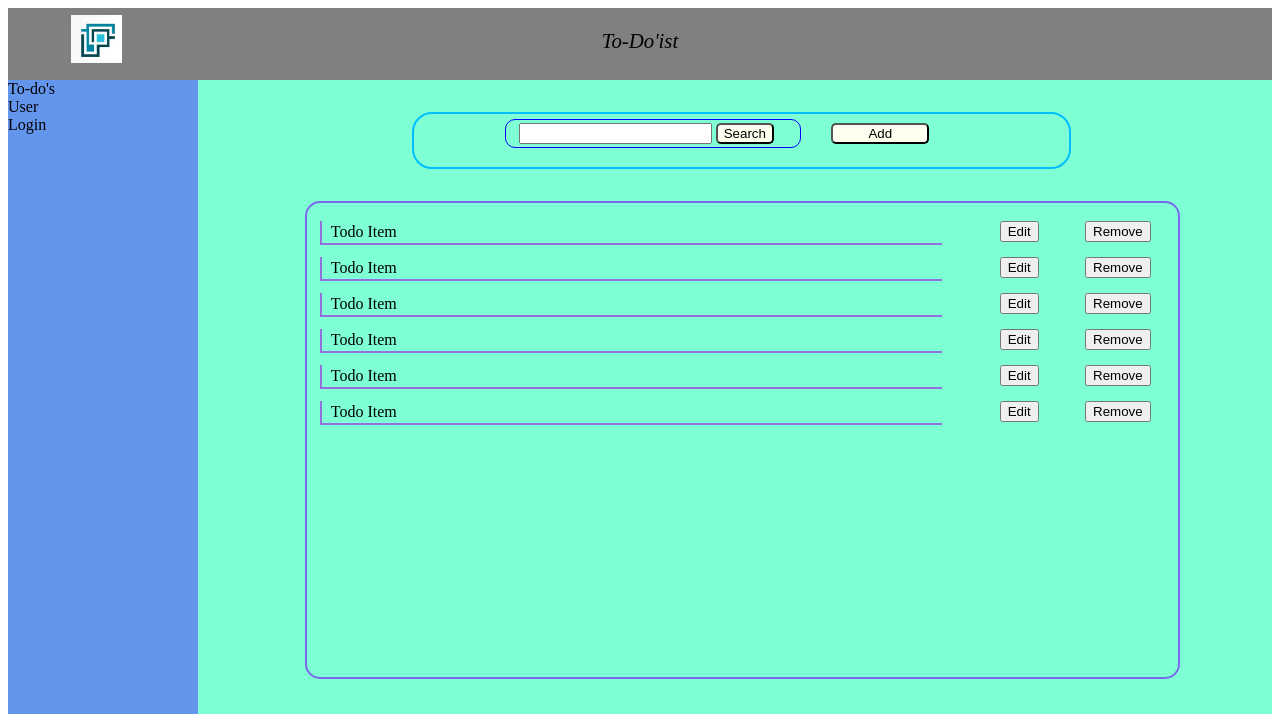
Repository: tavisca-pkadam/Todo-Website
Page: home.html
These files come from the project's save history. The page is drawn as it stood at one moment and after the next save; the edit follows.
The browser window is 1280 px wide. The pictures show the whole page.

Above is the page before, as saved 2019-08-20 08:36:36.

After the next save:
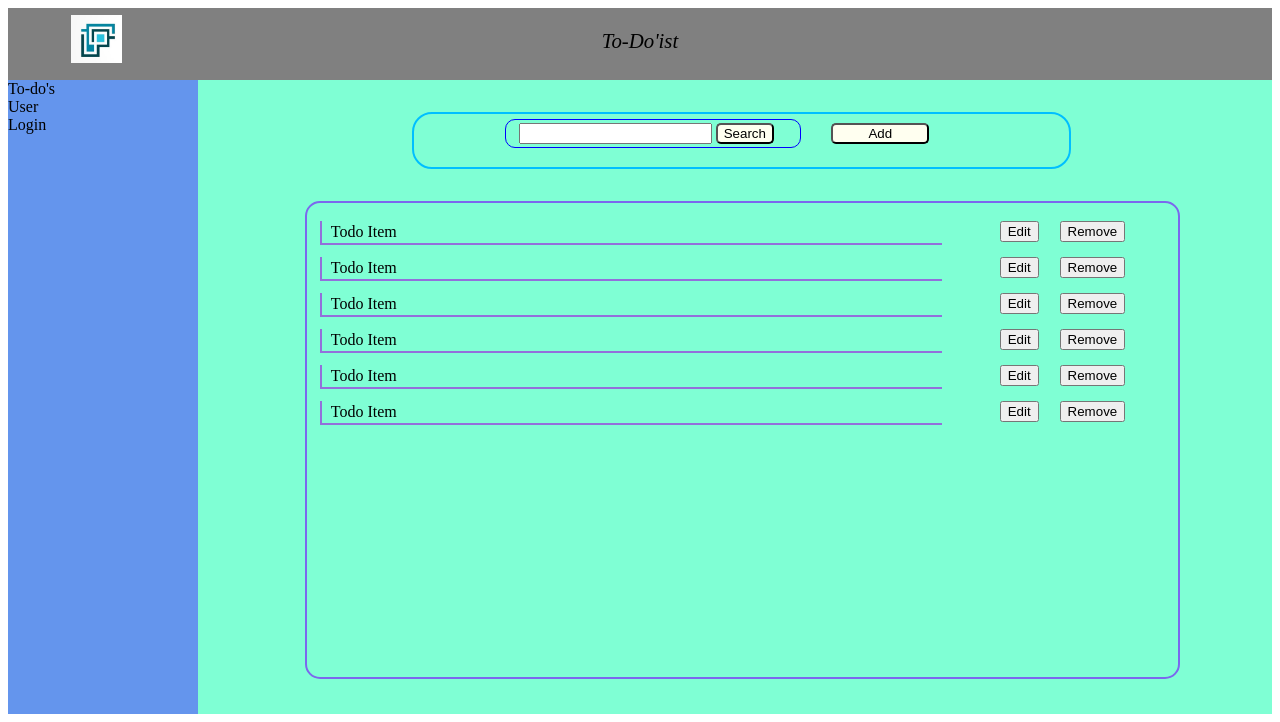
Saved 5 s later.
--- a/main.css
+++ b/main.css
@@ -108,7 +108,7 @@
 
 .todo_edit_btn{
     margin-left: 80%;
-    margin-right: 5%;
+    margin-right: 2%;
 }
 
 .todo_detail{
